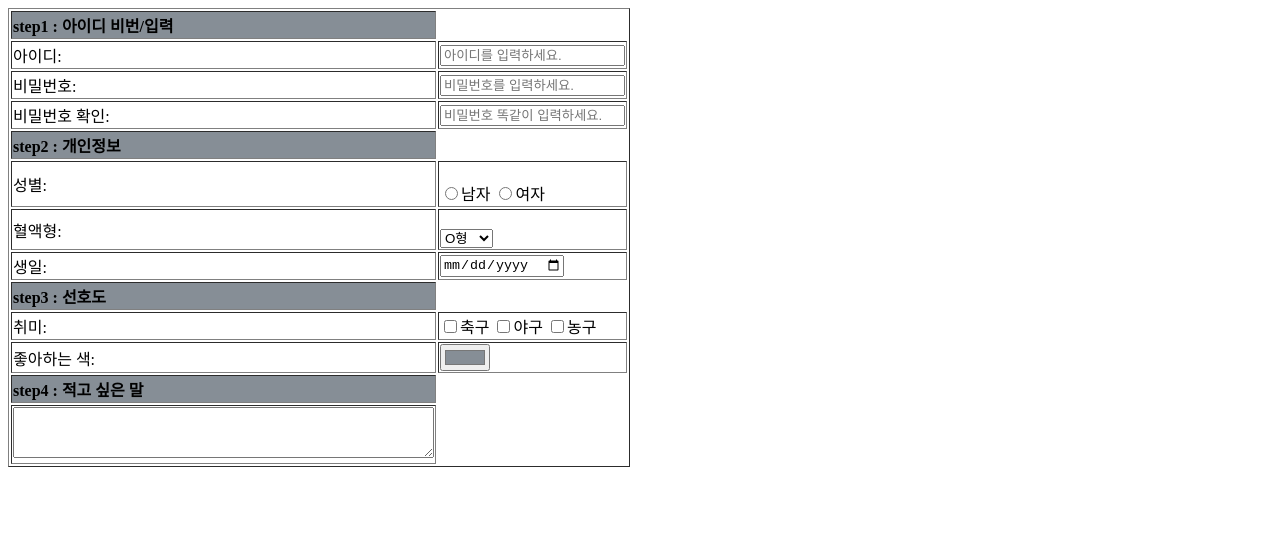
Repository: pillz9408/Jsp-Servlet
Page: jspstudy/day02/src/main/webapp/Lab2Join.html
These files come from the project's save history. The page is drawn as it stood at one moment and after the next save; the edit follows.
The browser window is 1280 px wide. The pictures show the whole page.

Above is the page before, as saved 2022-10-05 06:19:49.

After the next save:
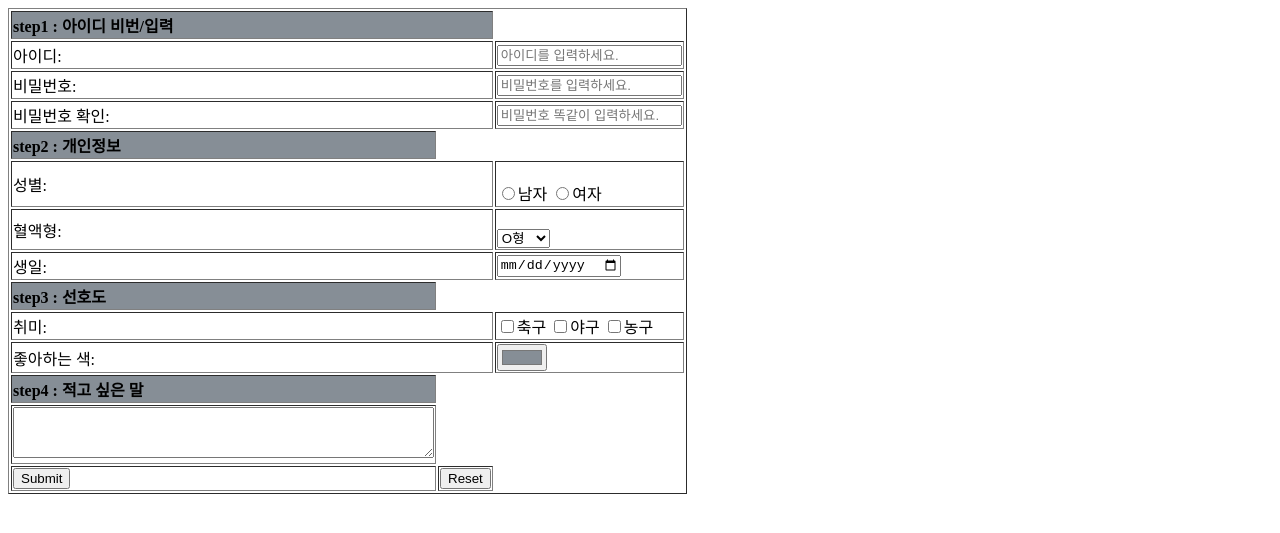
Saved 89 s later.
--- a/jspstudy/day02/src/main/webapp/Lab2Join.html
+++ b/jspstudy/day02/src/main/webapp/Lab2Join.html
@@ -56,6 +56,9 @@
 	<tr>
 	<td><textarea name="writes" rows="3" cols="50"></textarea>
 	</tr>
+	<tr>
+	<td><input type="submit" name="제출"></td><td><input type="reset" name="초기화"></td>
+	</tr>
 </table>
 </form>
 </body>
